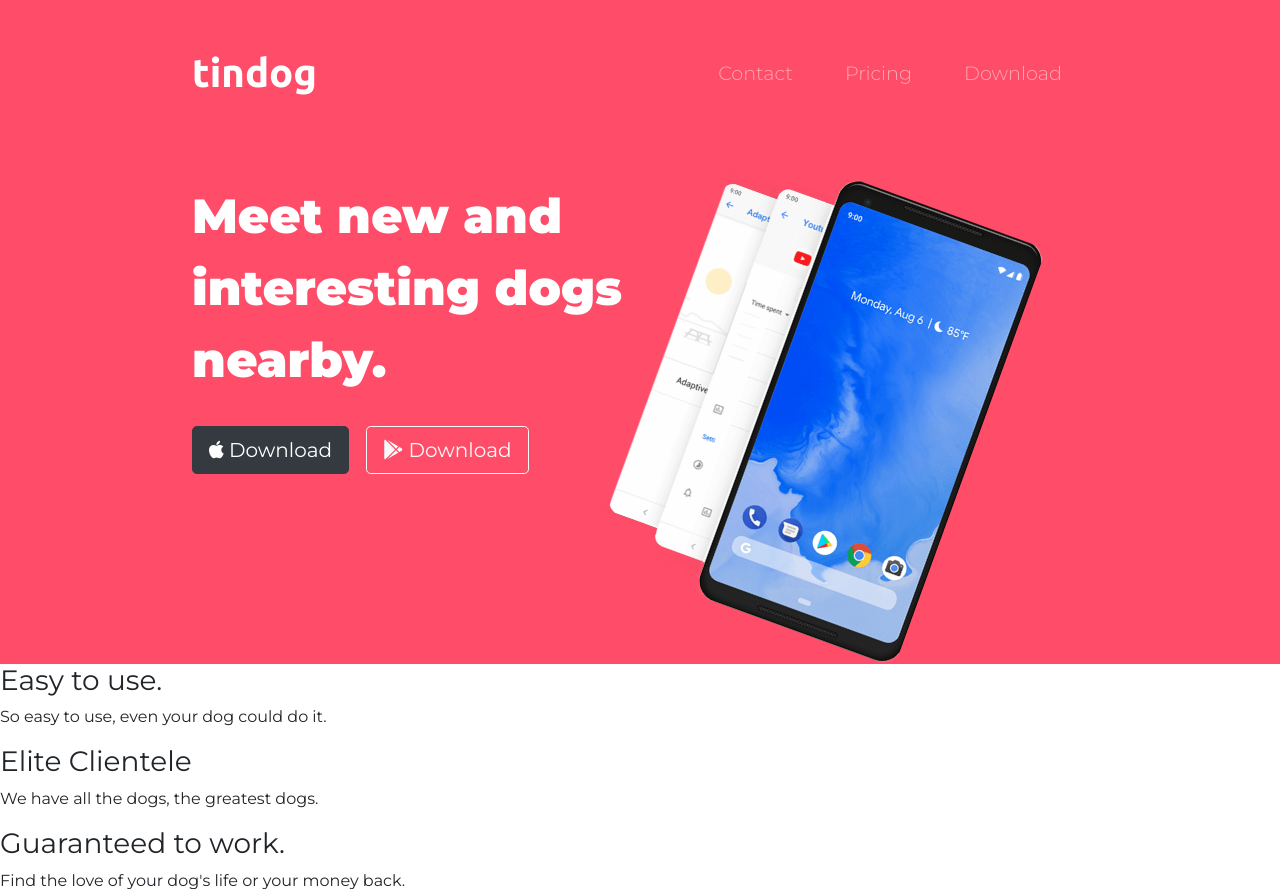
Repository: Isanderr/Simple_landing_page_2-Bootstrap4
Page: index.html
These files come from the project's save history. The page is drawn as it stood at one moment and after the next save; the edit follows.
The browser window is 1280 px wide. The pictures show the part of the page from y = 0 to 889 px (the page is 2372 px tall).
A picture or video elsewhere on the page could not be fetched, so the positions and the page height are approximate. Some web libraries are served in a nearby version.

Above is the page before, as saved 2019-02-02 22:25:03.

### index.html
<!DOCTYPE html>
<html>

  <head>
    <meta charset="utf-8">
    <meta name="viewport" content="width=device-width, initial-scale=1, shrink-to-fit=no">
    <title>TinDog</title>
    <link rel="stylesheet" href="https://stackpath.bootstrapcdn.com/bootstrap/4.2.1/css/bootstrap.min.css" integrity="sha384-GJzZqFGwb1QTTN6wy59ffF1BuGJpLSa9DkKMp0DgiMDm4iYMj70gZWKYbI706tWS"
      crossorigin="anonymous">
    <link rel="stylesheet" href="css/styles.css">
    <link rel="stylesheet" href="https://use.fontawesome.com/releases/v5.7.1/css/all.css" integrity="sha384-fnmOCqbTlWIlj8LyTjo7mOUStjsKC4pOpQbqyi7RrhN7udi9RwhKkMHpvLbHG9Sr"
      crossorigin="anonymous">
    <link href="https://fonts.googleapis.com/css?family=Montserrat:300,400,900|Ubuntu:400,700" rel="stylesheet">
  </head>

  <body>
    <section id="title">
      <div class="container-fluid">
        <!-- Nav Bar -->
        <nav class="navbar navbar-expand-lg navbar-dark ">
          <a class="navbar-brand" href="">tindog</a>
          <button class="navbar-toggler" type="button" data-toggle="collapse" data-target="#navbarTogglerDemo02">
            <span class="navbar-toggler-icon"></span>
          </button>
          <div class="collapse navbar-collapse" id="navbarTogglerDemo02">
            <ul class="navbar-nav ml-auto">
              <li class="nav-item">
                <a class="nav-link" href="">Contact</a>
              </li>
              <li class="nav-item">
                <a class="nav-link" href="">Pricing</a>
              </li>
              <li class="nav-item">
                <a class="nav-link" href="">Download</a>
              </li>
            </ul>
          </div>
        </nav>
        <!-- Title -->
        <div class="row">
          <div class="col-lg-6">
            <h1>Meet new and interesting dogs nearby.</h1>
            <button type="button" class="btn btn-dark btn-lg download-btn"><i class="fab fa-apple"></i> Download</button>
            <button type="button" class="btn btn-outline-light btn-lg download-btn"><i class="fab fa-google-play"></i>
              Download</button>
          </div>
          <div class="col-lg-6">
            <img src="images/android-phone.png" alt="andoind-phone" class="title-img">
          </div>
        </div>
      </div>
    </section>
    <!-- Features -->
    <section id="features">
      <h3>Easy to use.</h3>
      <p>So easy to use, even your dog could do it.</p>
      <h3>Elite Clientele</h3>
      <p>We have all the dogs, the greatest dogs.</p>
      <h3>Guaranteed to work.</h3>
      <p>Find the love of your dog's life or your money back.</p>
    </section>
    <!-- Testimonials -->
    <section id="testimonials">
      <h2>I no longer have to sniff other dogs for love. I've found the hottest Corgi on TinDog. Woof.</h2>
      <img src="images/dog-img.jpg" alt="dog-profile">
      <em>Pebbles, New York</em>
      <!-- <h2 class="testimonial-text">My dog used to be so lonely, but with TinDog's help, they've found the love of their life. I think.</h2>
    <img class="testimonial-image" src="images/lady-img.jpg" alt="lady-profile">
    <em>Beverly, Illinois</em> -->
    </section>
    <!-- Press -->
    <section id="press">
      <img src="images/techcrunch.png" alt="tc-logo">
      <img src="images/tnw.png" alt="tnw-logo">
      <img src="images/bizinsider.png" alt="biz-insider-logo">
      <img src="images/mashable.png" alt="mashable-logo">
    </section>
    <!-- Pricing -->
    <section id="pricing">
      <h2>A Plan for Every Dog's Needs</h2>
      <p>Simple and affordable price plans for your and your dog.</p>
      <h3>Chihuahua</h3>
      <h2>Free</h2>
      <p>5 Matches Per Day</p>
      <p>10 Messages Per Day</p>
      <p>Unlimited App Usage</p>
      <button type="button">Sign Up</button>
      <h3>Labrador</h3>
      <h2>$49 / mo</h2>
      <p>Unlimited Matches</p>
      <p>Unlimited Messages</p>
      <p>Unlimited App Usage</p>
      <button type="button">Sign Up</button>
      <h3>Mastiff</h3>
      <h2>$99 / mo</h2>
      <p>Pirority Listing</p>
      <p>Unlimited Matches</p>
      <p>Unlimited Messages</p>
      <p>Unlimited App Usage</p>
      <button type="button">Sign Up</button>
    </section>
    <!-- Call to Action -->
    <section id="cta">
      <h3>Find the True Love of Your Dog's Life Today.</h3>
      <button type="button">Download</button>
      <button type="button">Download</button>
    </section>
    <!-- Footer -->
    <footer id="footer">
      <p>© Copyright 2018 TinDog</p>
    </footer>
    <script src="https://code.jquery.com/jquery-3.3.1.slim.min.js" integrity="sha384-q8i/X+965DzO0rT7abK41JStQIAqVgRVzpbzo5smXKp4YfRvH+8abtTE1Pi6jizo"
      crossorigin="anonymous"></script>
    <script src="https://cdnjs.cloudflare.com/ajax/libs/popper.js/1.14.6/umd/popper.min.js" integrity="sha384-wHAiFfRlMFy6i5SRaxvfOCifBUQy1xHdJ/yoi7FRNXMRBu5WHdZYu1hA6ZOblgut"
      crossorigin="anonymous"></script>
    <script src="https://stackpath.bootstrapcdn.com/bootstrap/4.2.1/js/bootstrap.min.js" integrity="sha384-B0UglyR+jN6CkvvICOB2joaf5I4l3gm9GU6Hc1og6Ls7i6U/mkkaduKaBhlAXv9k"
      crossorigin="anonymous"></script>
  </body>

</html>

### css/styles.css
/* font-family: 'Ubuntu', sans-serif;
font-family: 'Montserrat', sans-serif; */

body {
    font-family: 'Montserrat', sans-serif;
}

#title {
    background-color: #ff4c68;
    color: #ffffff;
}

.container-fluid{
    padding: 3% 15%;
}

h1 {
    font-family: 'Montserrat', sans-serif;
    font-weight: 900;
    font-size: 3rem;
    line-height: 1.5;
}

/* Nav */

.navbar {
    padding: 0 0 4.5rem;
}

.navbar-brand{
    font-family: 'Ubuntu', sans-serif;
    font-size: 2.5rem;
    font-weight: 900;
}

.nav-item {
    padding: 0 18px;
}

.nav-link {
    font-size: 1.2rem;
    font-weight: 300;
}

/* download buttons */

.download-btn {
    margin: 5% 3% 5% 0;
}

/* title img */

.title-img {
    width: 75%;
    transform: rotate(20deg)
}

After the next save:
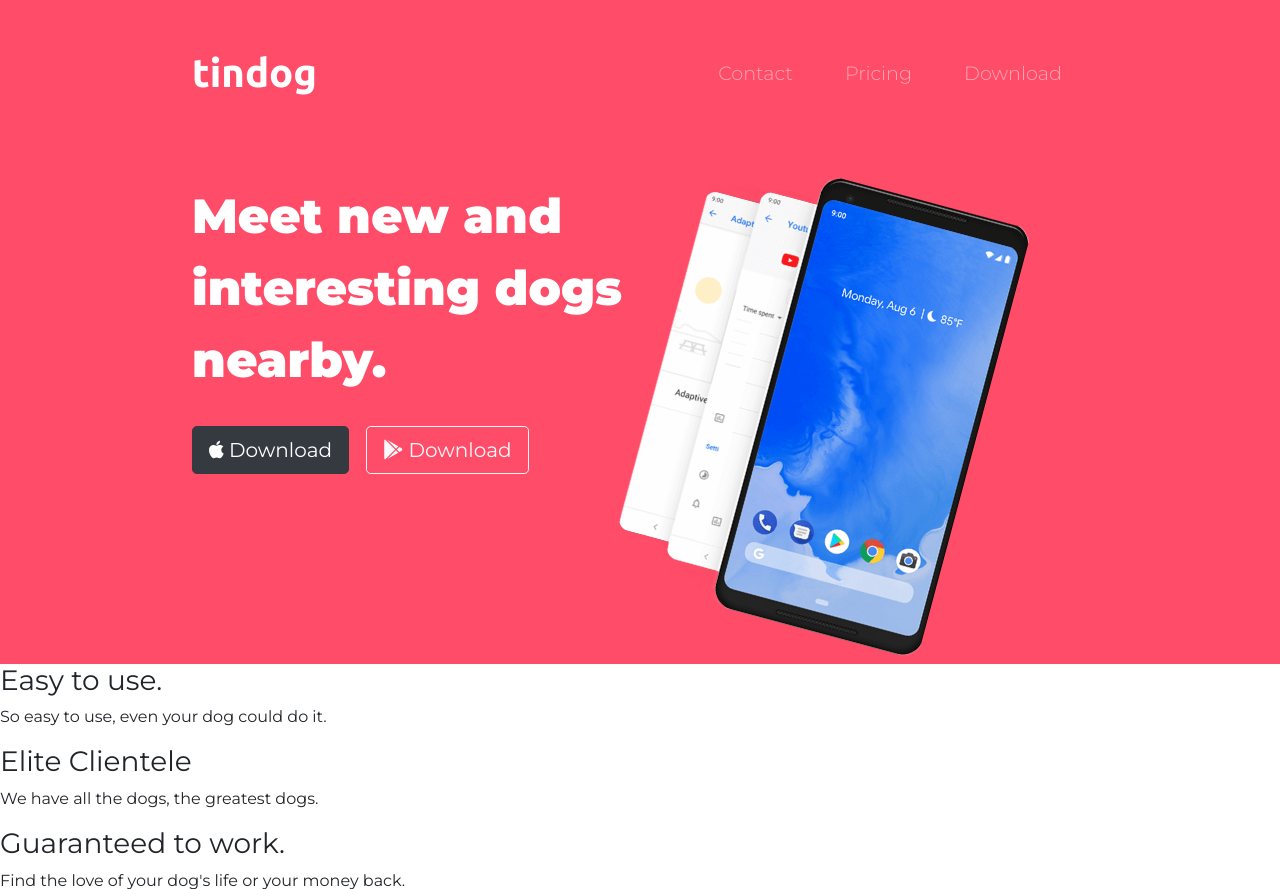
Saved 18 s later.
--- a/css/styles.css
+++ b/css/styles.css
@@ -52,5 +52,5 @@
 
 .title-img {
     width: 75%;
-    transform: rotate(20deg)
+    transform: rotate(15deg)
 }
